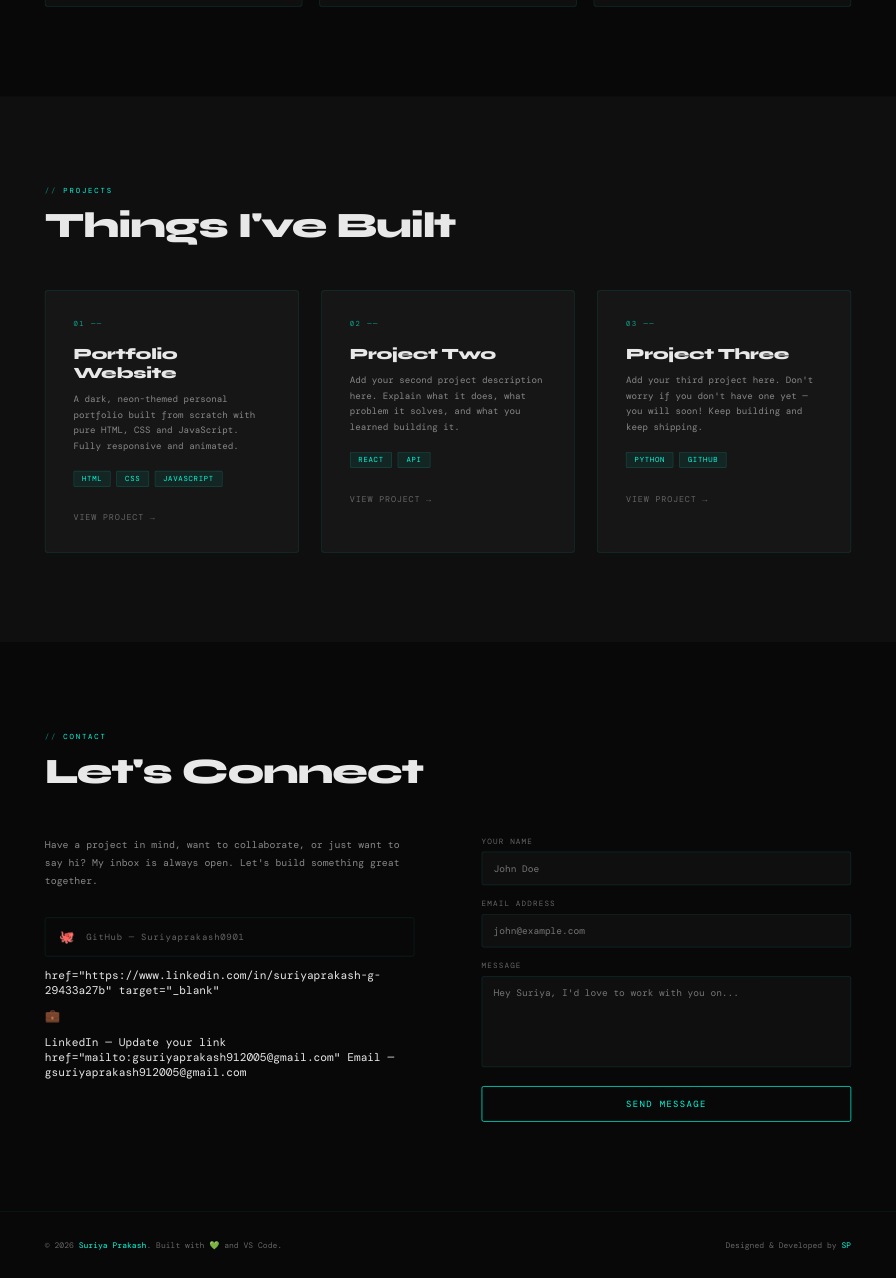
Repository: Suriyaprakash0901/PortoFolio
Page: index.html
The author's editor kept a copy of each file at every save. The page is drawn from the files as they stood at one save, then again after a run of saves.
The browser window is 1280 px wide. The pictures show the part of the page from y = 2232 to 4152 px (the page is 4058 px tall before and 4152 px after), at 70% of full size.
Some web fonts or font styles are not loaded; a fallback is used.

Above is the page before, as saved 2026-03-14 11:27:21.

After the next 2 saves:
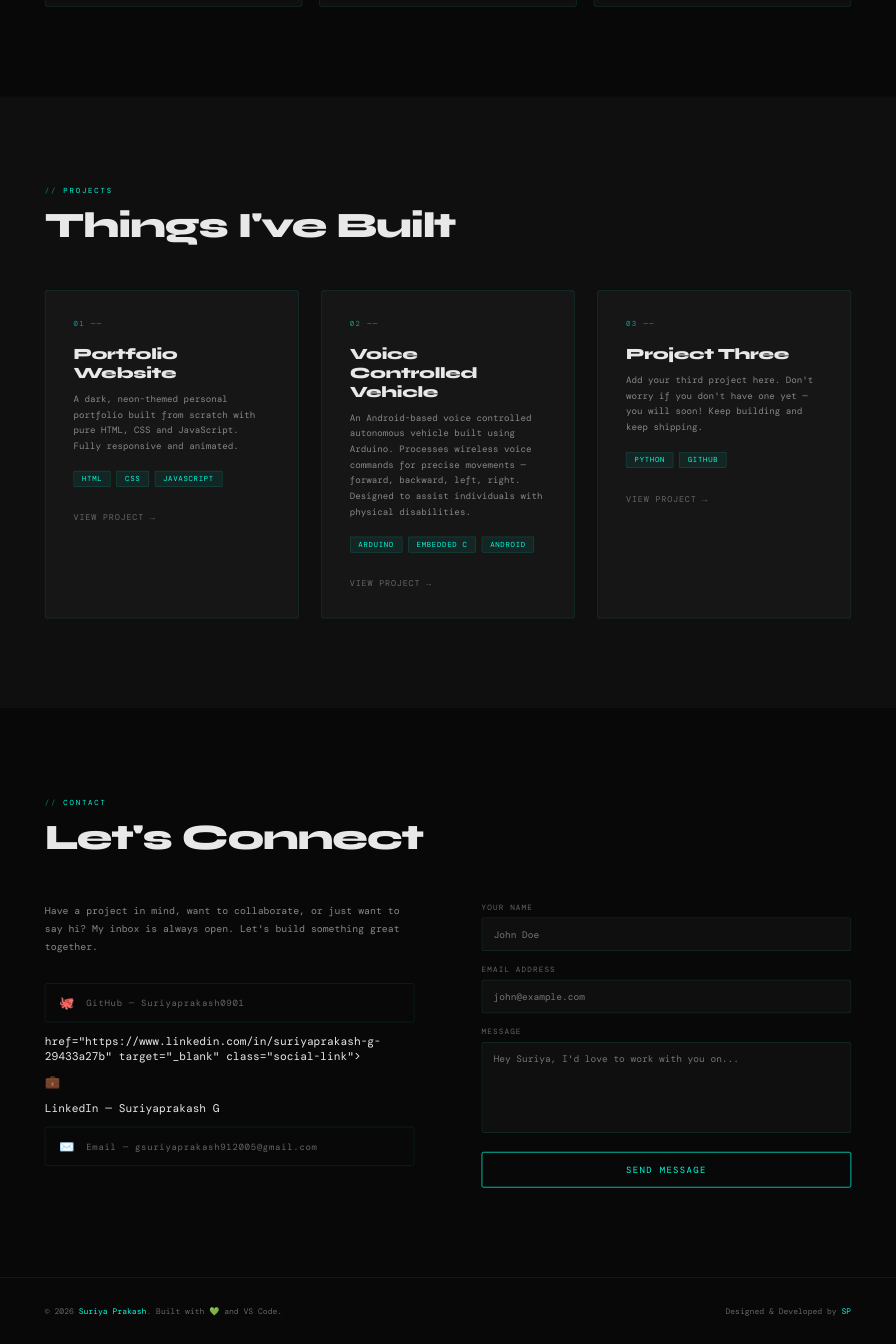
The 2 saves are shown as one change because they came seconds apart.
The last was saved 2 min 38 s later.
--- a/index.html
+++ b/index.html
@@ -594,11 +594,12 @@ n btn-outline">Get In Touch</a>
       </div>
       <div class="project-card">
         <div class="project-num">02 ——</div>
-        <div class="project-title">Project Two</div>
-        <div class="project-desc">Add your second project description here. Explain what it does, what problem it solves, and what you learned building it.</div>
+        <div class="project-title">Voice Controlled Vehicle</div>
+        <div class="project-desc">An Android-based voice controlled autonomous vehicle built using Arduino. Processes wireless voice commands for precise movements — forward, backward, left, right. Designed to assist individuals with physical disabilities.</div>
         <div class="project-tags">
-          <span class="tag">React</span>
-          <span class="tag">API</span>
+          <span class="tag">Arduino</span>
+          <span class="tag">Embedded C</span>
+          <span class="tag">Android</span>
         </div>
         <a href="#" class="project-link">View Project</a>
       </div>
@@ -628,11 +629,11 @@ n btn-outline">Get In Touch</a>
           <a href="https://github.com/Suriyaprakash0901" target="_blank" class="social-link">
             <span class="social-icon">🐙</span> GitHub — Suriyaprakash0901
           </a>
-href="https://www.linkedin.com/in/suriyaprakash-g-29433a27b" target="_blank"
-            <span class="social-icon">💼</span> LinkedIn — Update your link
+href="https://www.linkedin.com/in/suriyaprakash-g-29433a27b" target="_blank" class="social-link">
+            <span class="social-icon">💼</span> LinkedIn — Suriyaprakash G
           </a>
-href="mailto:gsuriyaprakash912005@gmail.com"
-Email — gsuriyaprakash912005@gmail.com
+          <a href="mailto:gsuriyaprakash912005@gmail.com" class="social-link">
+            <span class="social-icon">✉️</span> Email — gsuriyaprakash912005@gmail.com
           </a>
         </div>
       </div>
